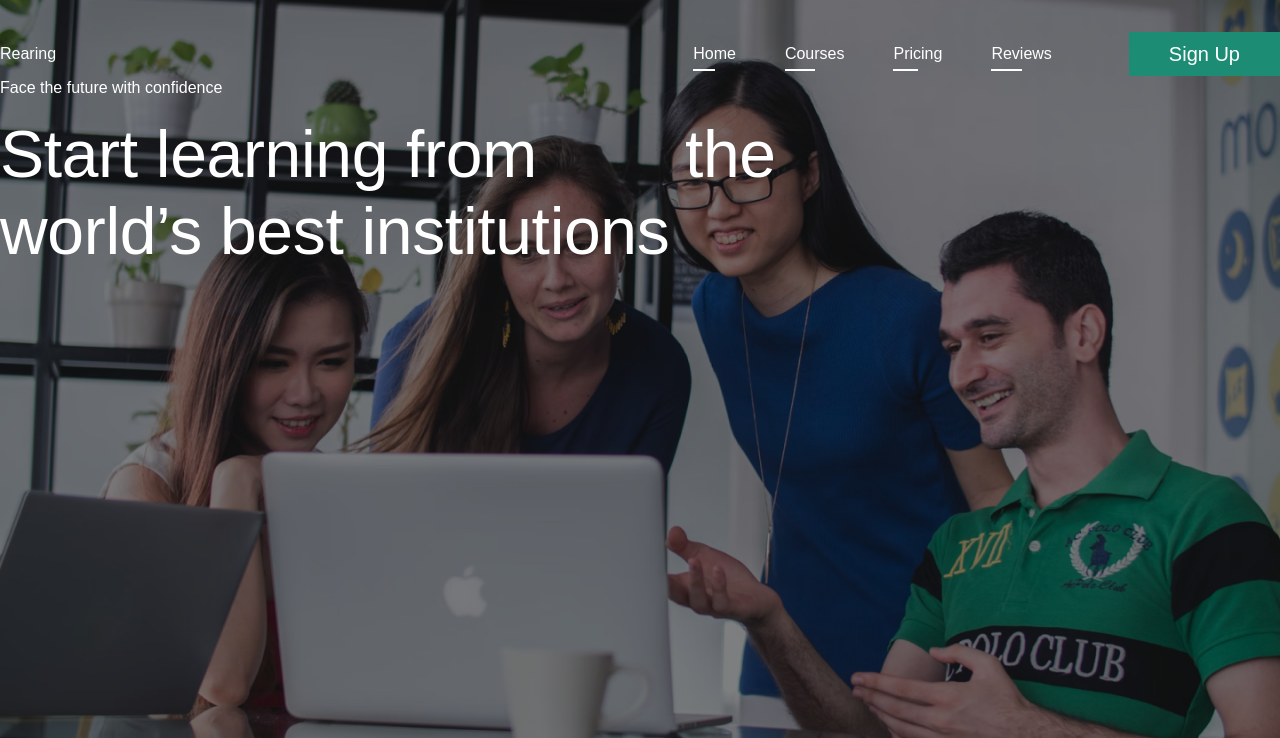
Repository: vandangnhathung/educationplatform
Page: /
An editor plug-in stored every save of this project. The page is shown before and after the next save, followed by the edit.
The browser window is 1280 px wide. The pictures show the whole page.
The project was rebuilt for these pictures with package versions that can differ from the ones it lists, and the page was loaded fresh each time.

Above is the page before, as saved 2022-06-20 15:11:08.

After the next save:
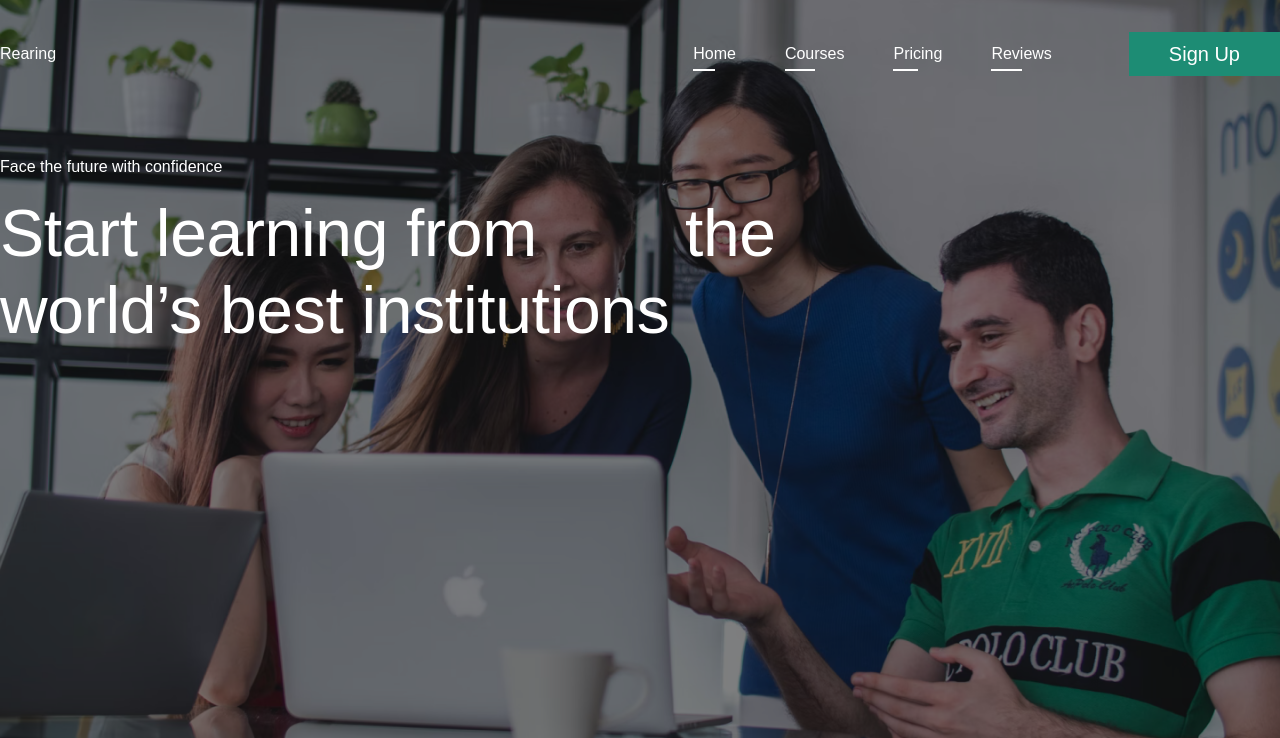
Saved 25 s later.
--- a/src/components/Header.js
+++ b/src/components/Header.js
@@ -26,7 +26,7 @@ const Header = () => {
         <div className="absolute inset-0 bg-black opacity-50"></div>
         <div class="absolute top-0  left-0 right-0 ">
           <div class="container">
-            <div className="pt-8 header-top text-white flex items-center justify-between">
+            <div className="pt-8 mb-[79px] header-top text-white flex items-center justify-between">
               <h1 className="">Rearing</h1>
               <div className="flex items-center">
                 <nav className="mr-[77px]">
